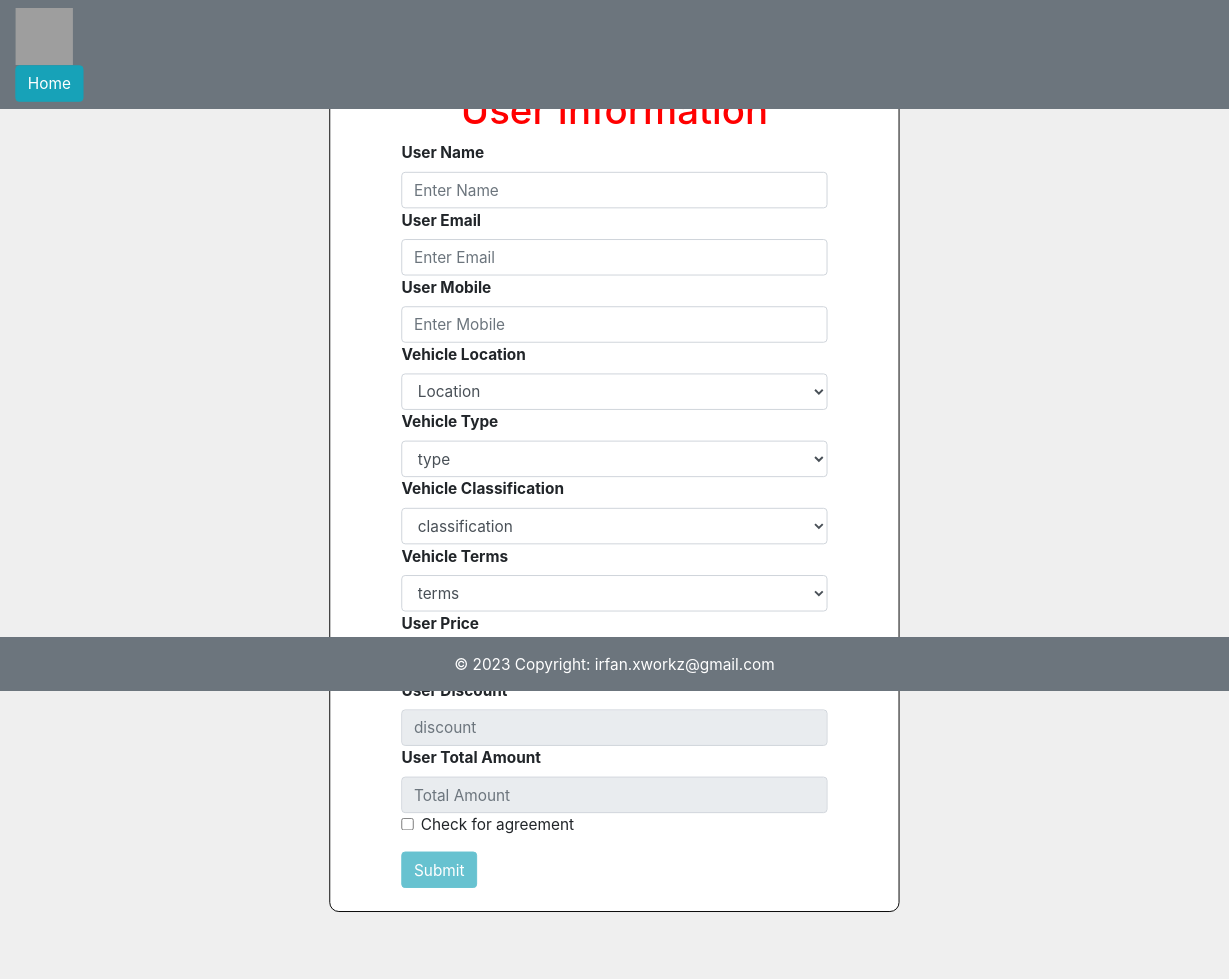
Repository: irfanxworkz/Project
Page: http://localhost/parking/UserInfo.jsp
These files come from the project's save history. The page is drawn as it stood at one moment and after the next save; the edit follows.
The browser window is 1280 px wide. The pictures show the whole page, at 96% of full size.
Pictures or frames that could not be fetched are drawn as grey boxes. The page is served by Tomcat 9.

Above is the page before, as saved 2023-07-09 23:22:19.

After the next save:
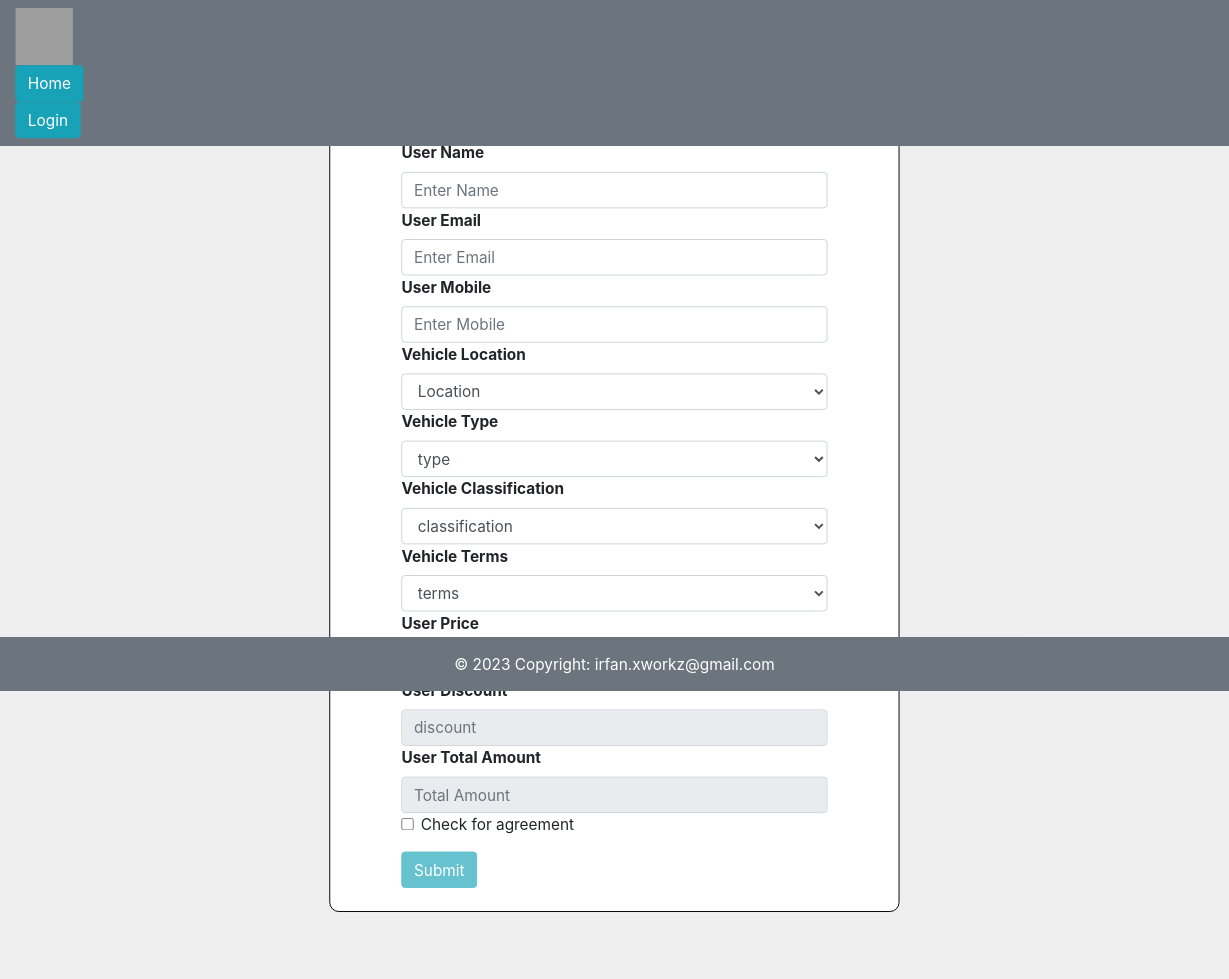
Saved 14 min 10 s later.
--- a/parking/src/main/webapp/UserInfo.jsp
+++ b/parking/src/main/webapp/UserInfo.jsp
@@ -83,6 +83,7 @@
 		<nav class="navbar navbar-dark bg-secondary justify-content-between">
 			<img src="https://w7.pngwing.com/pngs/974/17/png-transparent-car-park-parking-computer-icons-parking-text-rectangle-logo-thumbnail.png" alt="" width="60" height="60">
 		    <a href="User.jsp" class="btn btn-info" type="button" style="margin-right: 1150px;">Home</a>
+		    <a href="UserLogin.jsp" class="btn btn-info" type="button" style="margin-right: 1150px;">Login</a>
 		</nav>
 	</div>
 </header>
